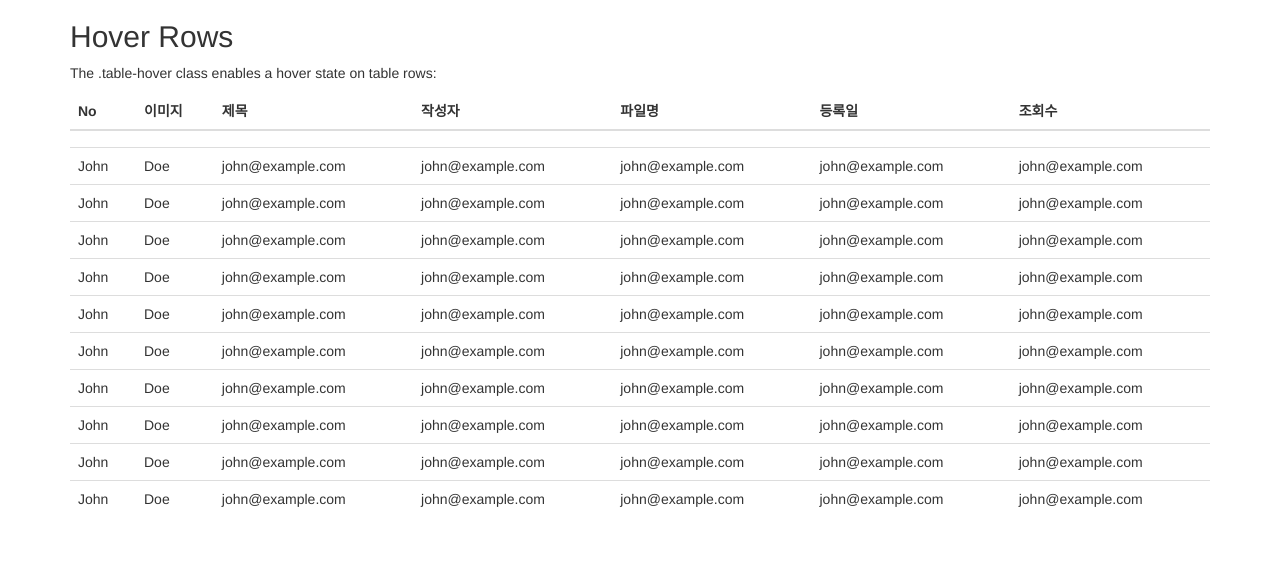
Repository: devlearncampus/gallery
Page: http://localhost/galleryapp/gallery/list.jsp
The author's editor kept a copy of each file at every save. The page is drawn from the files as they stood at one save, then again after the next save.
The browser window is 1280 px wide. The pictures show the whole page.
The page is served by Tomcat 9.

Above is the page before, as saved 2026-09-28 07:27:56.

After the next save:
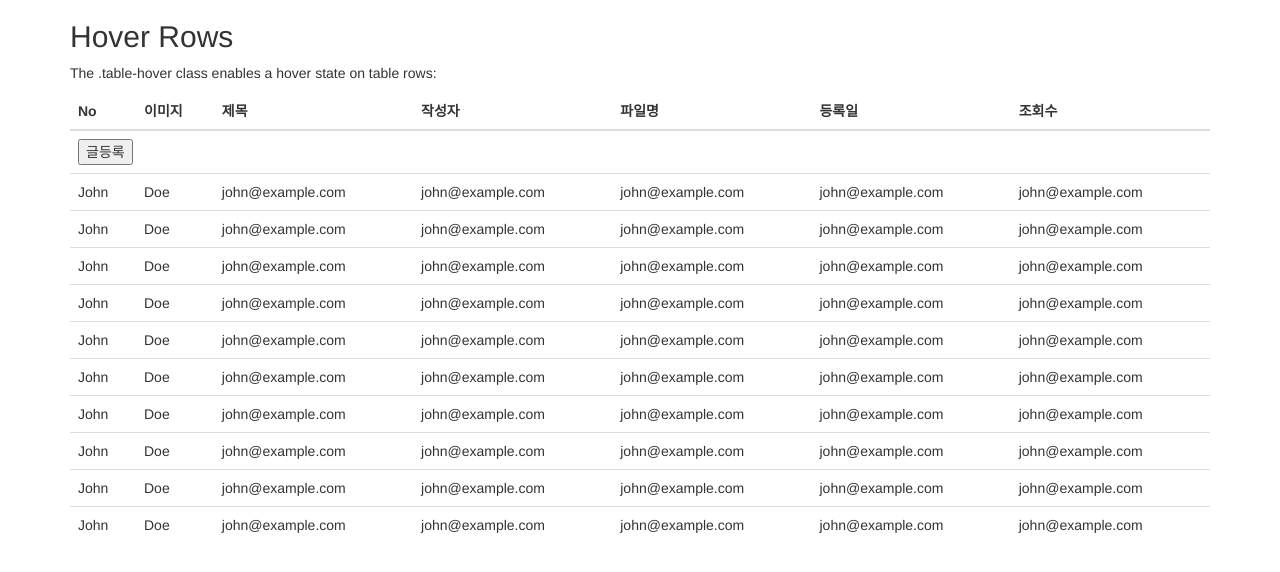
Saved 30 s later.
--- a/galleryapp/src/main/webapp/gallery/list.jsp
+++ b/galleryapp/src/main/webapp/gallery/list.jsp
@@ -31,7 +31,9 @@
 			</thead>
 			<tbody>
 				<tr>
-					<td colspan="7"></td>
+					<td colspan="7">
+						<button>글등록</button>
+					</td>
 				</tr>
 
 				<%for(int i=1;i<=10;i++){%>
